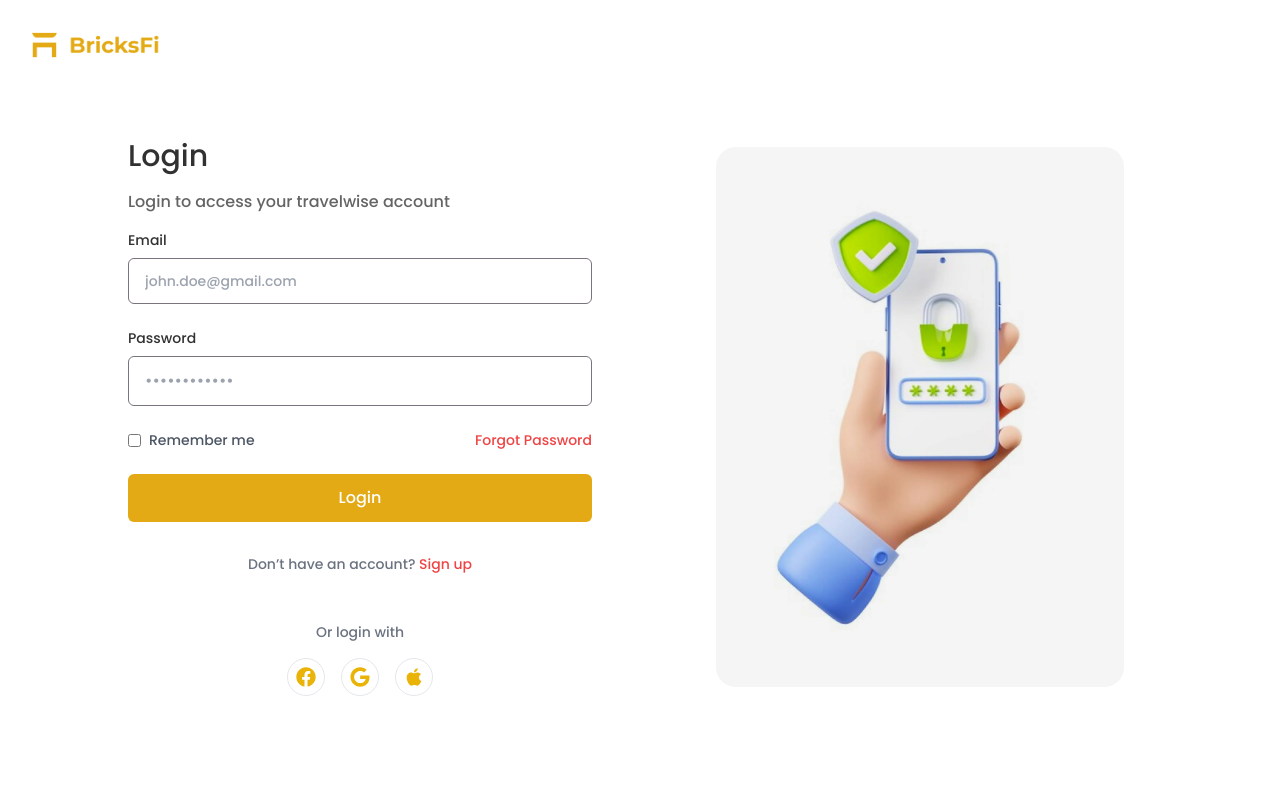
Repository: AyomideAkintade/BricksFi-Frontend
Page: /login (app in client/)
These files come from the project's save history. The page is drawn as it stood at one moment and after the next save; the edit follows.
The browser window is 1280 px wide. The pictures show the whole page.
The project was rebuilt for these pictures with package versions that can differ from the ones it lists, and the page was loaded fresh each time. Also part of the build but not shown: client/src/components/navbar.jsx, client/src/components/home.jsx, client/src/components/homeSecond.jsx, client/src/components/homeThird.jsx, client/src/components/homeFifth.jsx, client/src/components/homeSixth.jsx, client/src/components/homeSeventh.jsx, client/src/components/signup.jsx and 14 more.

Above is the page before, as saved 2024-10-04 22:08:11.

After the next save:
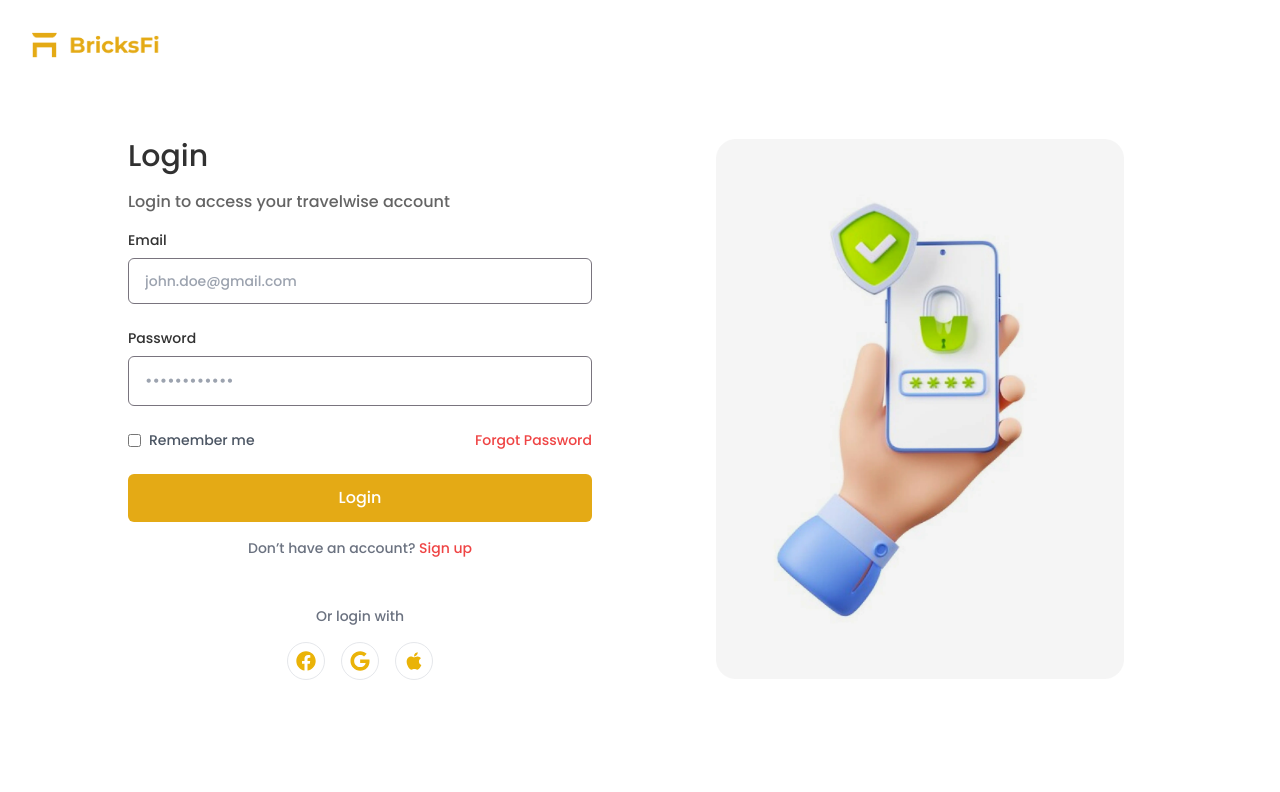
Saved 15 s later.
--- a/client/src/components/login.jsx
+++ b/client/src/components/login.jsx
@@ -77,7 +77,7 @@ const LoginPage = () => {
             </form>
 
 
-            <div className="mt-4 text-center">
+            <div className="text-center">
               <p className="text-sm text-gray-500">
                 Don’t have an account?{" "}
                 <a onClick={handleSignUpClick} href="#" className="text-red-500 hover:underline">
